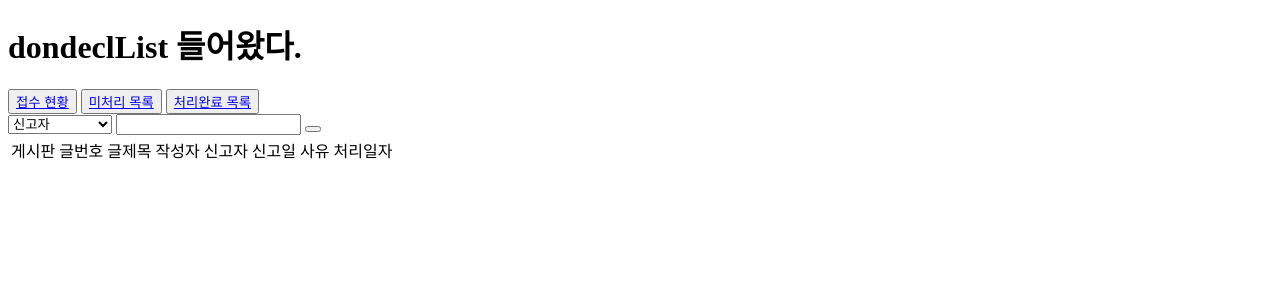
Repository: banana1531/ggs
Page: http://localhost/ggs/WEB-INF/views/admin/dondeclList.jsp
The author's editor kept a copy of each file at every save. The page is drawn from the files as they stood at one save, then again after the next save.
The browser window is 1280 px wide. The pictures show the whole page.
The page is served by Tomcat 9. Nobody is signed in. The template is opened directly, without the code that normally fills it, so the values that code supplies are empty.

Above is the page before, as saved 2020-07-11 05:47:30.

After the next save:
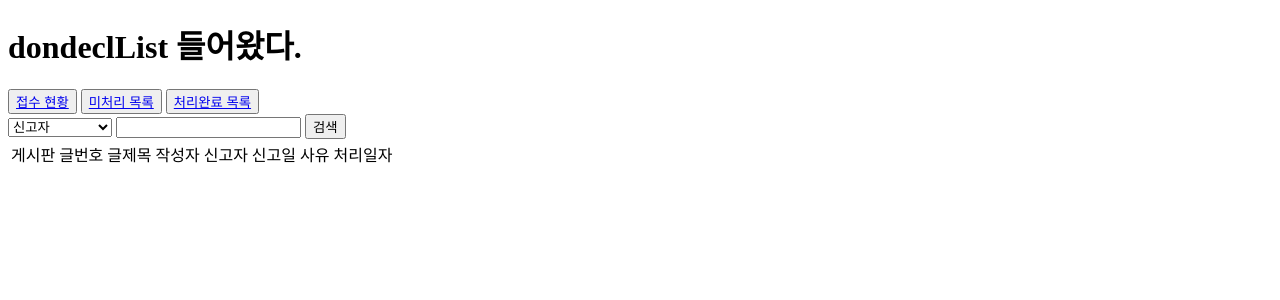
Saved 5 s later.
--- a/99s/ggs/src/main/webapp/WEB-INF/views/admin/dondeclList.jsp
+++ b/99s/ggs/src/main/webapp/WEB-INF/views/admin/dondeclList.jsp
@@ -24,7 +24,7 @@
 				<option value="content">내용</option>
 			</select>
 			<input type="text" name="name">
-			<button></button>
+			<button>검색</button>
 		</form>
 		<table class="table">
 			<tr>
